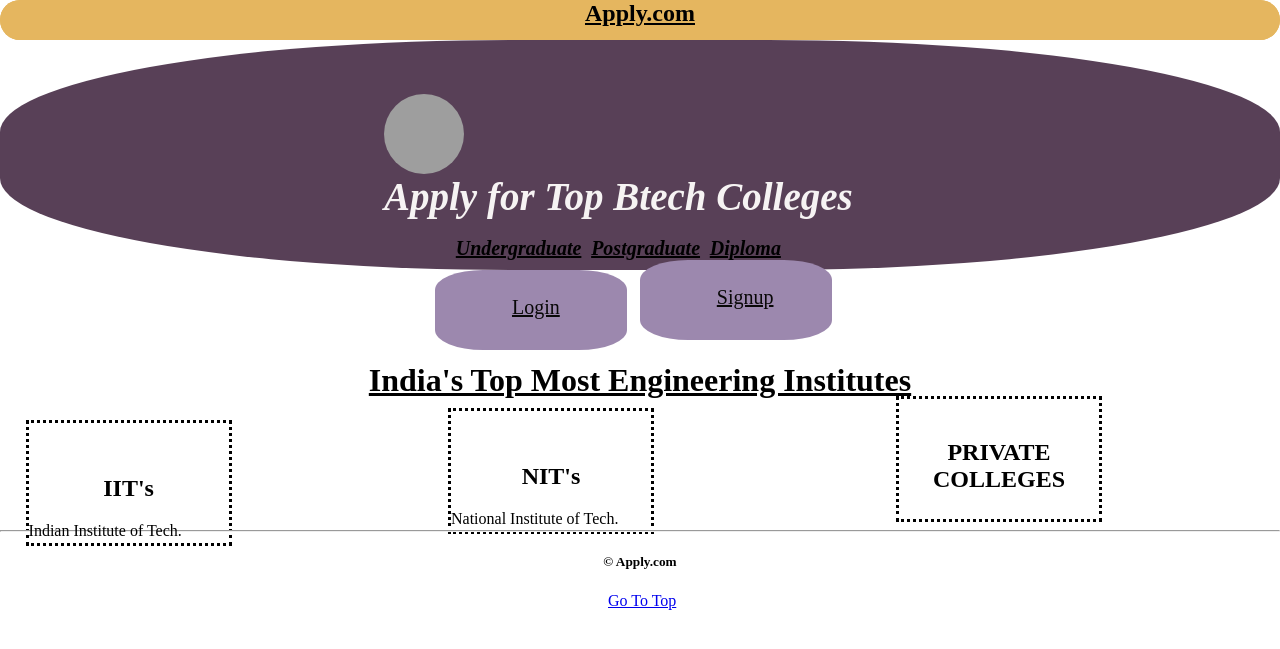
Repository: dashmeenkalra/dashmeen_kalra
Page: css/btech.html
The author's editor kept a copy of each file at every save. The page is drawn from the files as they stood at one save, then again after a run of saves.
The browser window is 1280 px wide. The pictures show the whole page.
Pictures or frames that could not be fetched are drawn as grey boxes.

Above is the page before, as saved 2023-03-07 10:09:09.

### css/btech.html
<html>
    <head>
        <link href="btech.css" rel="stylesheet"/>
        <title>
            Welcome to apply.com
        </title>
    </head>
    <body>
        <header>
            <header id="header">
            <h2>Apply.com</h2>
        </header>
        <div id="app">
            <div class="wri">
                <div id="ball">

                </div>
                Apply for Top Btech Colleges</br>
                <a href="" class="id">Undergraduate</a>
                <a href="" class="id">Postgraduate</a>
                <a href="" class="id">Diploma</a>
            </div>
        </div>
        <div class="log">
            <a href="" class="id1"> Login</a>
        </div>
        <div class="log1">
            <a href="" class="id1">Signup</a>
        </div>
        <h1>India's Top Most Engineering Institutes</h1>
        <div id="type">
        <h2>IIT's</h2>Indian Institute of Tech.
        </div>
        <div id="type1">
            <h2>NIT's</h2>National Institute of Tech.
        </div>
        <div id="type2">
            <h2>PRIVATE COLLEGES</h2>
        </div>
        <hr/>

        <h5> &copy; Apply.com</h5>
        <a href="#header" id="at" >Go To Top</a>
    </body>
</html>

### css/btech.css
body{
    margin:0px;
}
header{
    background-color: rgb(229, 182, 95);
    height: 40px;
    border-radius:20px;
}
header > h2{
    text-align: center;
    text-decoration:underline;
}
#app{
    background-color: rgb(88, 64, 87);
    height:230px;
    width:100%;
    border-radius:40%;
}
#ball{
    height: 80px;
    width: 80px;
    border-radius: 50%;
    background-color: aliceblue;
    margin-top: -13%;
    background-image: url('https://th.bing.com/th/id/OIP.LoeVs1S4Xra84vvvtkj3PQHaLG?pid=ImgDet&rs=1');
    background-size: 45px;
}
.wri{
    text-align: center;
    margin-left: 30%;
    font-weight: bolder;
    font-style: oblique;
    font-size: 39px;
    margin-top: 9%;
    position: absolute;
    color: rgb(246, 243, 243);

}
.id{
    font-size: 20px;
    color: black;
}
.log{
    background-color: rgb(156, 136, 174);
    height:80px;
    width:15%;
    margin-left:34%;
    border-radius:25%;
}
.id1{
    font-size: 20px;
    color: rgb(9, 8, 8);
    margin-left:6%;
    margin-top:2%;
    position: absolute;
}
.log1{
    background-color: rgb(156, 136, 174);
    height:80px;
    width:15%;
    margin-left:50%;
    border-radius:25%;
    margin-top: -7.01%;
}
h1{
    text-align: center;
    text-decoration: underline;
}
#type{
    border: dotted;
    height:120px;
    width: 200px;
    margin-left:2%;
}
#type > h2{
  text-align: center;
  margin-top: 26%;
}
#type1{
    border: dotted;
    height:120px;
    width: 200px;
    margin-left:35%;
    margin-top:-10.8%;
}
#type1 > h2{
    text-align: center;
    margin-top: 26%;
}
#type2{
    border: dotted;
    height:120px;
    width: 200px;
    margin-left:70%;
    margin-top:-10.8%;
}
#type2 > h2{
    text-align: center;
    margin-top: 20%;
}
h5{
    text-align: center;
}
#at{
    text-align: center;
    margin-left: 47.5%;
}

After the next 3 saves:
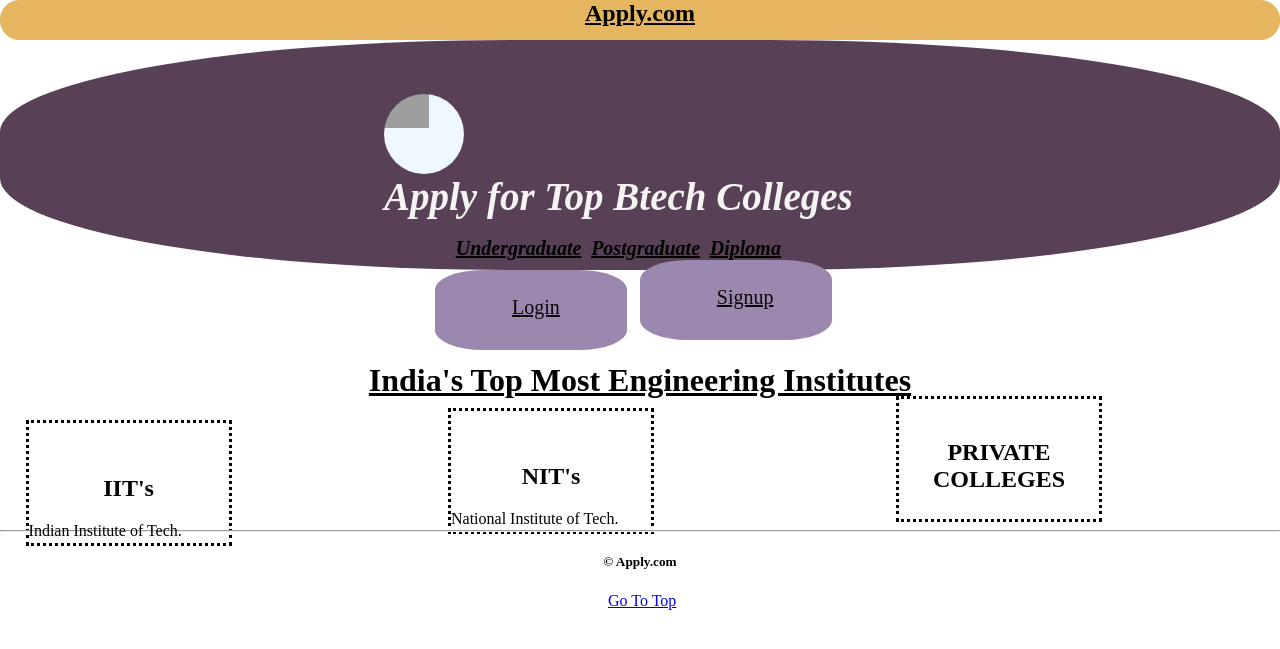
The 3 saves are shown as one change because they came seconds apart.
The last was saved 16 s later.
--- a/css/btech.css
+++ b/css/btech.css
@@ -24,6 +24,7 @@ header > h2{
     margin-top: -13%;
     background-image: url('https://th.bing.com/th/id/OIP.LoeVs1S4Xra84vvvtkj3PQHaLG?pid=ImgDet&rs=1');
     background-size: 45px;
+    background-repeat: no-repeat;
 }
 .wri{
     text-align: center;
